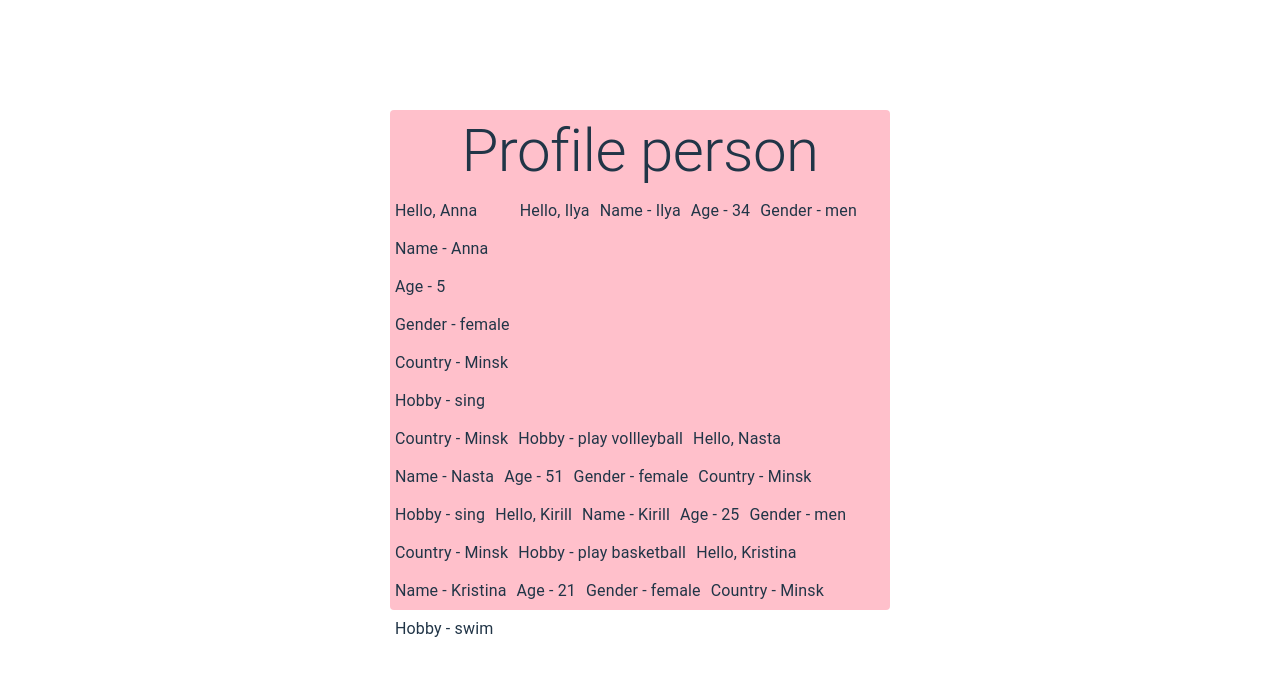
Repository: savannaaaas/props
Page: /
An editor plug-in stored every save of this project. The page is shown before and after the next save, followed by the edit.
The browser window is 1280 px wide. The pictures show the whole page.
The project was rebuilt for these pictures with package versions that can differ from the ones it lists, and the page was loaded fresh each time. Also part of the build but not shown: vite.config.js.

Above is the page before, as saved 2025-07-08 00:12:19.

### src/App.jsx
import "./App.css";
import Box from "@mui/material/Box";
import Typography from "@mui/material/Typography";
import { Person1 } from "./components/Person1";
import { Person2 } from "./components/Person2";
import { Person3 } from "./components/Person3";
import { Person4 } from "./components/Person4";
import { Person5 } from "./components/Person5";
import Grid from "@mui/material/Grid";
/**1. Создать 6 любых компонент.
2. В компоненты передать props следующих типов данных:
number
string
boolean
object
function
array
3. Использовать в компонентах каждый prop.
4. Сделать деструктуризацию props. */
function App() {
  const obj = { country: "Minsk" };
  const sayHello = (name) => ` Hello, ${name}`;
  const hobbies = ["swim", "sing", "play vollleyball", "play basketball"];
  return (
    <Box
      sx={{
        width: 500,
        height: 500,
        borderRadius: 1,
        bgcolor: "pink",
      }}
    >
      <Typography variant="h2" align="center" style={{ padding: "5px" }}>
        Profile person
      </Typography>
      <Grid container direction="row">
        <Grid>
          <Person1
            name={"Anna"}
            age={5}
            men={false}
            obj={obj}
            sayHello={sayHello}
            hobbies={hobbies}
          />
        </Grid>
        <Person2
          name={"Ilya"}
          age={34}
          men={true}
          obj={obj}
          sayHello={sayHello}
          hobbies={hobbies}
        />
        <Person3
          name={"Nasta"}
          age={51}
          men={false}
          obj={obj}
          sayHello={sayHello}
          hobbies={hobbies}
        />
        <Person4
          name={"Kirill"}
          age={25}
          men={true}
          obj={obj}
          sayHello={sayHello}
          hobbies={hobbies}
        />
        <Person5
          name={"Kristina"}
          age={21}
          men={false}
          obj={obj}
          sayHello={sayHello}
          hobbies={hobbies}
        />
      </Grid>
    </Box>
  );
}

export default App;

### src/components/Person1.jsx
import Typography from "@mui/material/Typography";
export const Person1 = ({ name, age, men, obj, sayHello, hobbies }) => {
  return (
    <>
      <Typography variant="subtitle1" align="left" style={{ padding: "5px" }}>
        {sayHello(name)}
      </Typography>
      <Typography variant="subtitle1" align="left" style={{ padding: "5px" }}>
        Name - {name}
      </Typography>
      <Typography variant="subtitle1" align="left" style={{ padding: "5px" }}>
        Age - {age}
      </Typography>
      <Typography variant="subtitle1" align="left" style={{ padding: "5px" }}>
        Gender - {men ? "men" : "female"}
      </Typography>
      <Typography variant="subtitle1" align="left" style={{ padding: "5px" }}>
        Country - {obj.country}
      </Typography>
      <Typography variant="subtitle1" align="left" style={{ padding: "5px" }}>
        Hobby - {hobbies[1]}
      </Typography>
    </>
  );
};

### src/components/Person2.jsx
import Typography from "@mui/material/Typography";
export const Person2 = ({ name, age, men, obj, sayHello, hobbies }) => {
  return (
    <>
      <Typography variant="subtitle1" align="left" style={{ padding: "5px" }}>
        {sayHello(name)}
      </Typography>
      <Typography variant="subtitle1" align="left" style={{ padding: "5px" }}>
        Name - {name}
      </Typography>
      <Typography variant="subtitle1" align="left" style={{ padding: "5px" }}>
        Age - {age}
      </Typography>
      <Typography variant="subtitle1" align="left" style={{ padding: "5px" }}>
        Gender - {men ? "men" : "female"}
      </Typography>
      <Typography variant="subtitle1" align="left" style={{ padding: "5px" }}>
        Country - {obj.country}
      </Typography>
      <Typography variant="subtitle1" align="left" style={{ padding: "5px" }}>
        Hobby - {hobbies[2]}
      </Typography>
    </>
  );
};

### src/components/Person3.jsx
import Typography from "@mui/material/Typography";
export const Person3 = ({ name, age, men, obj, sayHello, hobbies }) => {
  return (
    <>
      <Typography variant="subtitle1" align="left" style={{ padding: "5px" }}>
        {sayHello(name)}
      </Typography>
      <Typography variant="subtitle1" align="left" style={{ padding: "5px" }}>
        Name - {name}
      </Typography>
      <Typography variant="subtitle1" align="left" style={{ padding: "5px" }}>
        Age - {age}
      </Typography>
      <Typography variant="subtitle1" align="left" style={{ padding: "5px" }}>
        Gender - {men ? "men" : "female"}
      </Typography>
      <Typography variant="subtitle1" align="left" style={{ padding: "5px" }}>
        Country - {obj.country}
      </Typography>
      <Typography variant="subtitle1" align="left" style={{ padding: "5px" }}>
        Hobby - {hobbies[1]}
      </Typography>
    </>
  );
};

### src/components/Person4.jsx
import Typography from "@mui/material/Typography";
export const Person4 = ({ name, age, men, obj, sayHello, hobbies }) => {
  return (
    <>
      <Typography variant="subtitle1" align="left" style={{ padding: "5px" }}>
        {sayHello(name)}
      </Typography>
      <Typography variant="subtitle1" align="left" style={{ padding: "5px" }}>
        Name - {name}
      </Typography>
      <Typography variant="subtitle1" align="left" style={{ padding: "5px" }}>
        Age - {age}
      </Typography>
      <Typography variant="subtitle1" align="left" style={{ padding: "5px" }}>
        Gender - {men ? "men" : "female"}
      </Typography>
      <Typography variant="subtitle1" align="left" style={{ padding: "5px" }}>
        Country - {obj.country}
      </Typography>
      <Typography variant="subtitle1" align="left" style={{ padding: "5px" }}>
        Hobby - {hobbies[3]}
      </Typography>
    </>
  );
};

### src/components/Person5.jsx
import Typography from "@mui/material/Typography";
export const Person5 = ({ name, age, men, obj, sayHello, hobbies }) => {
  return (
    <>
      <Typography variant="subtitle1" align="left" style={{ padding: "5px" }}>
        {sayHello(name)}
      </Typography>
      <Typography variant="subtitle1" align="left" style={{ padding: "5px" }}>
        Name - {name}
      </Typography>
      <Typography variant="subtitle1" align="left" style={{ padding: "5px" }}>
        Age - {age}
      </Typography>
      <Typography variant="subtitle1" align="left" style={{ padding: "5px" }}>
        Gender - {men ? "men" : "female"}
      </Typography>
      <Typography variant="subtitle1" align="left" style={{ padding: "5px" }}>
        Country - {obj.country}
      </Typography>
      <Typography variant="subtitle1" align="left" style={{ padding: "5px" }}>
        Hobby - {hobbies[0]}
      </Typography>
    </>
  );
};

Loaded but not shown: index.html (common file); src/main.jsx (common file); src/index.css (common file); src/App.css (common file)

After the next save:
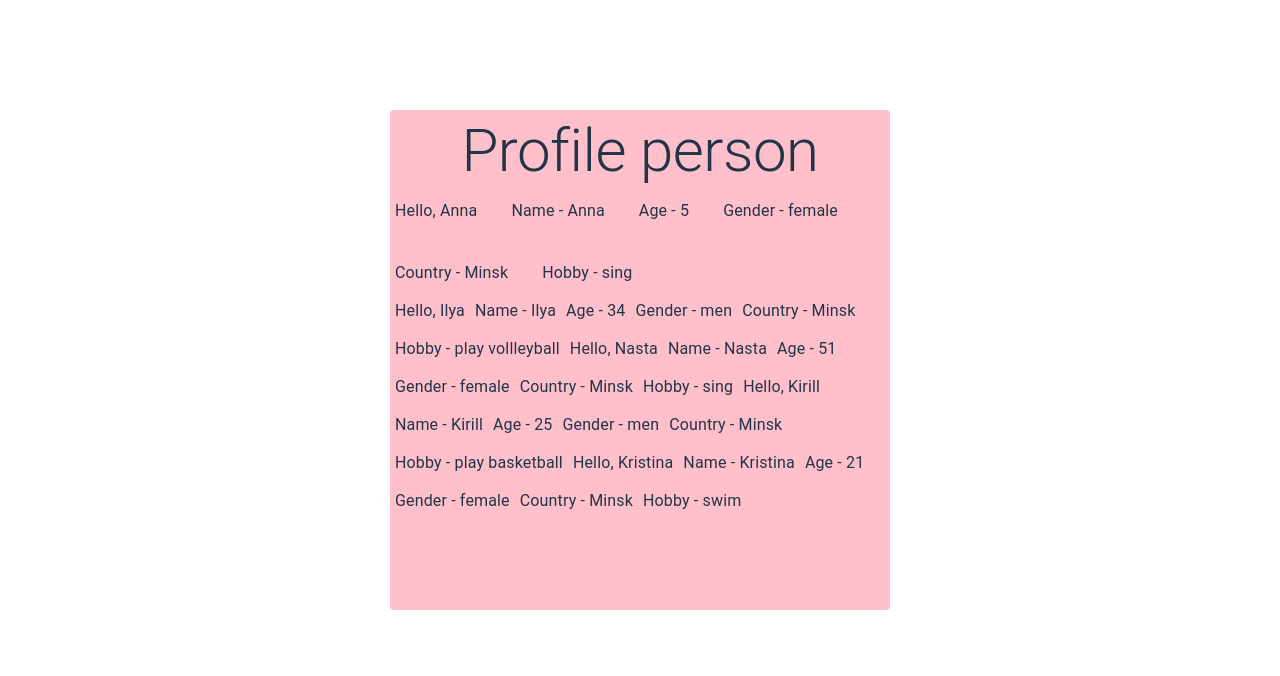
Saved 9 s later.
--- a/src/App.jsx
+++ b/src/App.jsx
@@ -34,7 +34,7 @@
         Profile person
       </Typography>
       <Grid container direction="row">
-        <Grid>
+        <Grid container spacing={3}>
           <Person1
             name={"Anna"}
             age={5}

After the save that followed:
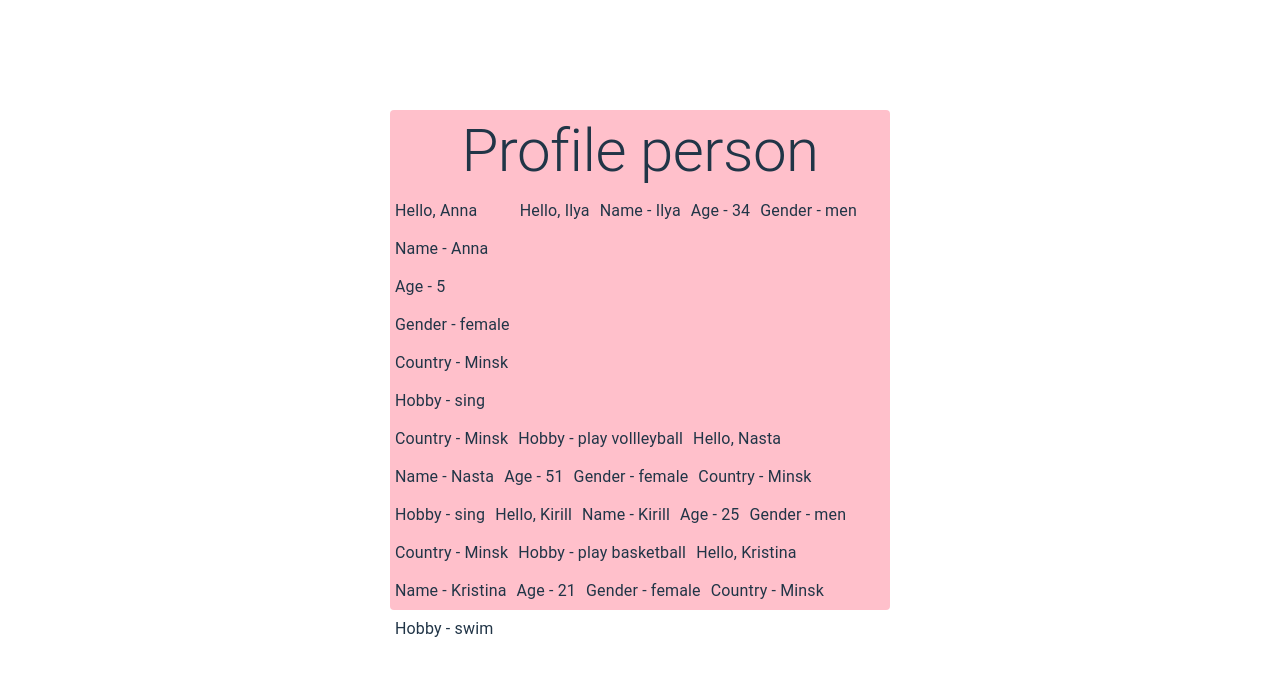
Saved 22 s later.
--- a/src/App.jsx
+++ b/src/App.jsx
@@ -34,7 +34,7 @@
         Profile person
       </Typography>
       <Grid container direction="row">
-        <Grid container spacing={3}>
+        <Grid>
           <Person1
             name={"Anna"}
             age={5}
